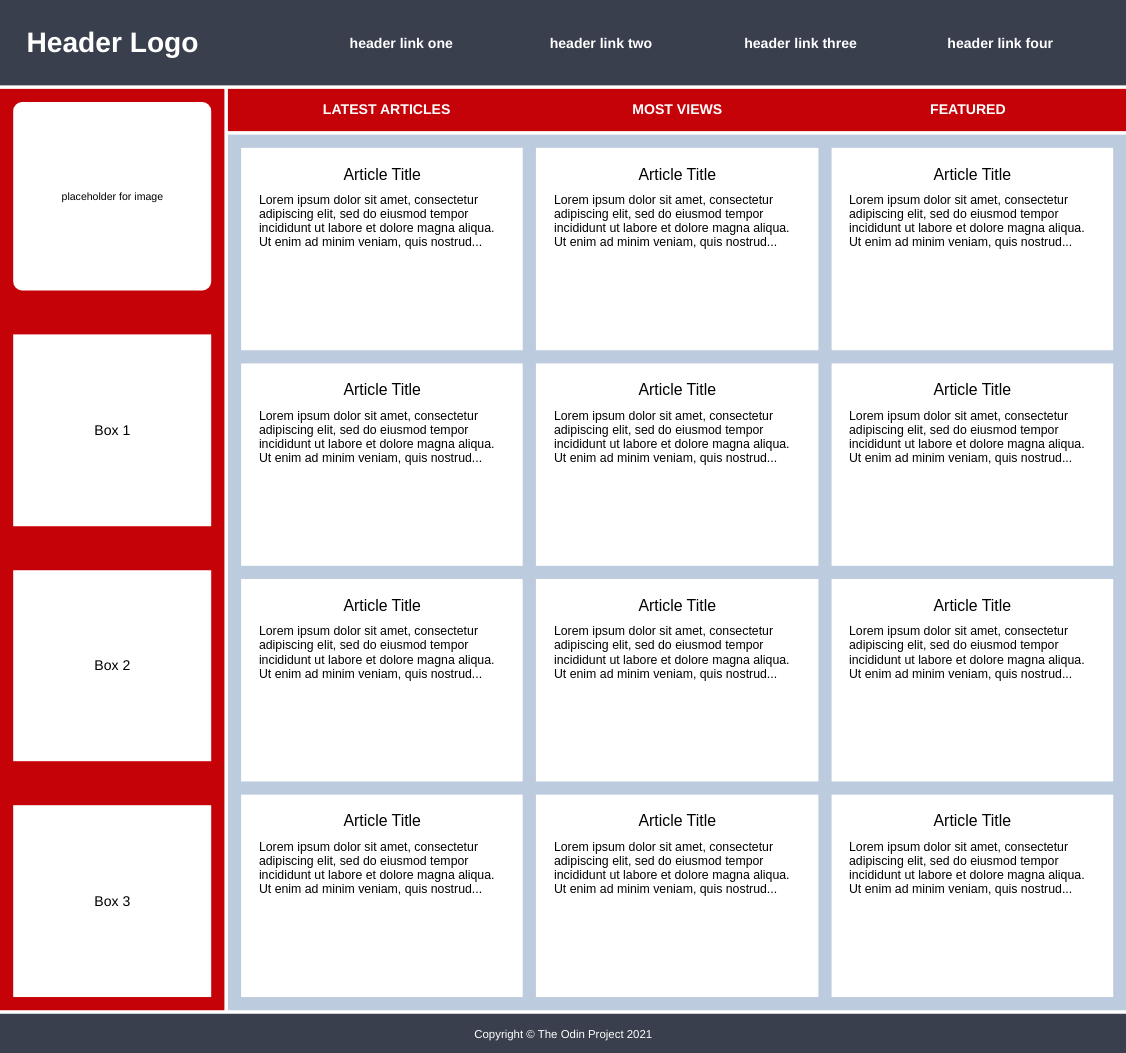
Repository: gkintu/css-exercises
Page: intermediate-html-css/advanced-grid/02-holy-grail-mockup/index.html
An editor plug-in stored every save of this project. The page is shown before and after the next save, followed by the edit.
The browser window is 1280 px wide. The pictures show the whole page, at 88% of full size.

Above is the page before, as saved 2025-03-04 11:44:05.

### intermediate-html-css/advanced-grid/02-holy-grail-mockup/index.html
<!DOCTYPE html>
<html lang="en">
  <head>
    <meta charset="UTF-8">
    <meta http-equiv="X-UA-Compatible" content="IE=edge">
    <meta name="viewport" content="width=device-width, initial-scale=1.0">
    <title>Holy Grail Mockup</title>
    <link rel="stylesheet" href="style.css">
  </head>
  <body>
    <div class="container">

      <div class="header">
        <div class="logo">Header Logo</div>
        <div class="menu">
          <ul>
            <li>header link one</li>
            <li>header link two</li>
            <li>header link three</li>
            <li>header link four</li>
          </ul>
        </div>
      </div>

      <div class="sidebar">
        <div class="photo">
          <p>placeholder for image</p>
        </div>
        <div class="side-content">Box 1
        </div>
        <div class="side-content">Box 2
        </div>
        <div class="side-content">Box 3
        </div>
      </div>

      <div class="nav">
        <ul>
          <li>Latest Articles</li>
          <li>Most Views</li>
          <li>Featured</li>
        </ul>
      </div>

      <div class="article">
        <div class="card">
          <p class="title">Article Title</p>
          <p>Lorem ipsum dolor sit amet, consectetur adipiscing elit, sed do eiusmod tempor incididunt ut labore et dolore magna aliqua. Ut enim ad minim veniam, quis nostrud...</p>
        </div>
        <div class="card">
          <p class="title">Article Title</p>
          <p>Lorem ipsum dolor sit amet, consectetur adipiscing elit, sed do eiusmod tempor incididunt ut labore et dolore magna aliqua. Ut enim ad minim veniam, quis nostrud...</p>
        </div>
        <div class="card">
          <p class="title">Article Title</p>
          <p>Lorem ipsum dolor sit amet, consectetur adipiscing elit, sed do eiusmod tempor incididunt ut labore et dolore magna aliqua. Ut enim ad minim veniam, quis nostrud...</p>
        </div>
        <div class="card">
          <p class="title">Article Title</p>
          <p>Lorem ipsum dolor sit amet, consectetur adipiscing elit, sed do eiusmod tempor incididunt ut labore et dolore magna aliqua. Ut enim ad minim veniam, quis nostrud...</p>
        </div>
        <div class="card">
          <p class="title">Article Title</p>
          <p>Lorem ipsum dolor sit amet, consectetur adipiscing elit, sed do eiusmod tempor incididunt ut labore et dolore magna aliqua. Ut enim ad minim veniam, quis nostrud...</p>
        </div>
        <div class="card">
          <p class="title">Article Title</p>
          <p>Lorem ipsum dolor sit amet, consectetur adipiscing elit, sed do eiusmod tempor incididunt ut labore et dolore magna aliqua. Ut enim ad minim veniam, quis nostrud...</p>
        </div>
        <div class="card">
          <p class="title">Article Title</p>
          <p>Lorem ipsum dolor sit amet, consectetur adipiscing elit, sed do eiusmod tempor incididunt ut labore et dolore magna aliqua. Ut enim ad minim veniam, quis nostrud...</p>
        </div>
        <div class="card">
          <p class="title">Article Title</p>
          <p>Lorem ipsum dolor sit amet, consectetur adipiscing elit, sed do eiusmod tempor incididunt ut labore et dolore magna aliqua. Ut enim ad minim veniam, quis nostrud...</p>
        </div>
        <div class="card">
          <p class="title">Article Title</p>
          <p>Lorem ipsum dolor sit amet, consectetur adipiscing elit, sed do eiusmod tempor incididunt ut labore et dolore magna aliqua. Ut enim ad minim veniam, quis nostrud...</p>
        </div>
        <div class="card">
          <p class="title">Article Title</p>
          <p>Lorem ipsum dolor sit amet, consectetur adipiscing elit, sed do eiusmod tempor incididunt ut labore et dolore magna aliqua. Ut enim ad minim veniam, quis nostrud...</p>
        </div>
        <div class="card">
          <p class="title">Article Title</p>
          <p>Lorem ipsum dolor sit amet, consectetur adipiscing elit, sed do eiusmod tempor incididunt ut labore et dolore magna aliqua. Ut enim ad minim veniam, quis nostrud...</p>
        </div>
        <div class="card">
          <p class="title">Article Title</p>
          <p>Lorem ipsum dolor sit amet, consectetur adipiscing elit, sed do eiusmod tempor incididunt ut labore et dolore magna aliqua. Ut enim ad minim veniam, quis nostrud...</p>
        </div>
      </div>

      <div class="footer">
        <p>Copyright © The Odin Project 2021</p>
      </div>

    </div>
  </body>
</html>

### intermediate-html-css/advanced-grid/02-holy-grail-mockup/style.css
* {
  margin: 0;
  padding: 0;
}

.container {
  display: grid;
  text-align: center;
  grid-template-columns: 1fr 4fr;
  gap: 4px;
}

.container div {
  padding: 15px;
  font-size: 32px;
  font-family: Helvetica;
  font-weight: bold;
  color: white;
}

.header {

  background-color: #393f4d;
  display: grid;
  grid-column: 1 / 3;
  grid-template-columns: 1fr 3fr;
  align-items: center;

}

.logo {
  justify-self: start;
}

.menu {
  grid-column: 2 / 3;

}

.menu ul {
  display: grid;
  list-style-type: none;
  grid-template-columns: repeat(4, 1fr);

}



.menu ul,
.menu li {
  font-size: 16px;
}

.sidebar {
  background-color: #C50208;
  display:grid;
  gap: 50px;

  grid-column: 1 / 2;
  grid-row: 2/4;
}

.photo,
.side-content {
  display:grid;
  align-items: center;
}

.sidebar .photo {
  background-color: white;
  color: black;
  font-size: 12px;
  font-weight: normal;
  border-radius: 10px;

}


.sidebar .side-content {
  background-color: white;
  color: black;
  font-size: 16px;
  font-weight: normal;
}

.nav {

  background-color: #C50208;
  grid-column: 2 / 3;
  grid-row: 2;
  align-self: start;
}

.nav ul {
  display:grid;
  grid-template-columns: repeat(3, 1fr);

}

.nav ul li {
  font-size: 16px;
  text-transform: uppercase;
  list-style-type: none;
}

.article {

  background-color: #bccbde;
  grid-column: 2 / 3;
  grid-row: 3;
  display:grid;
  grid-template-columns: repeat(auto-fit, minmax(250px, 1fr));
  gap: 15px;

}

.card {
  height: 200px;

}

.article p {
  font-size: 18px;
  font-family: sans-serif;
  color: white;
  text-align: left;
  padding:2px;
}

.article .card {
  background-color: #FFFFFF;
  color: black;
  text-align: center;
}

.card p {
  color: black;
  font-weight: normal;
  font-size: 14px;
  padding: 5px;
}

.card .title {
  font-size: 18px;
  text-align: center;
}

.footer {


  background-color: #393f4d;
  grid-column: 1 / 3;
  grid-row: 4;
}

.footer p {
  font-size: 13px;
  font-weight: normal;
}

After the next save:
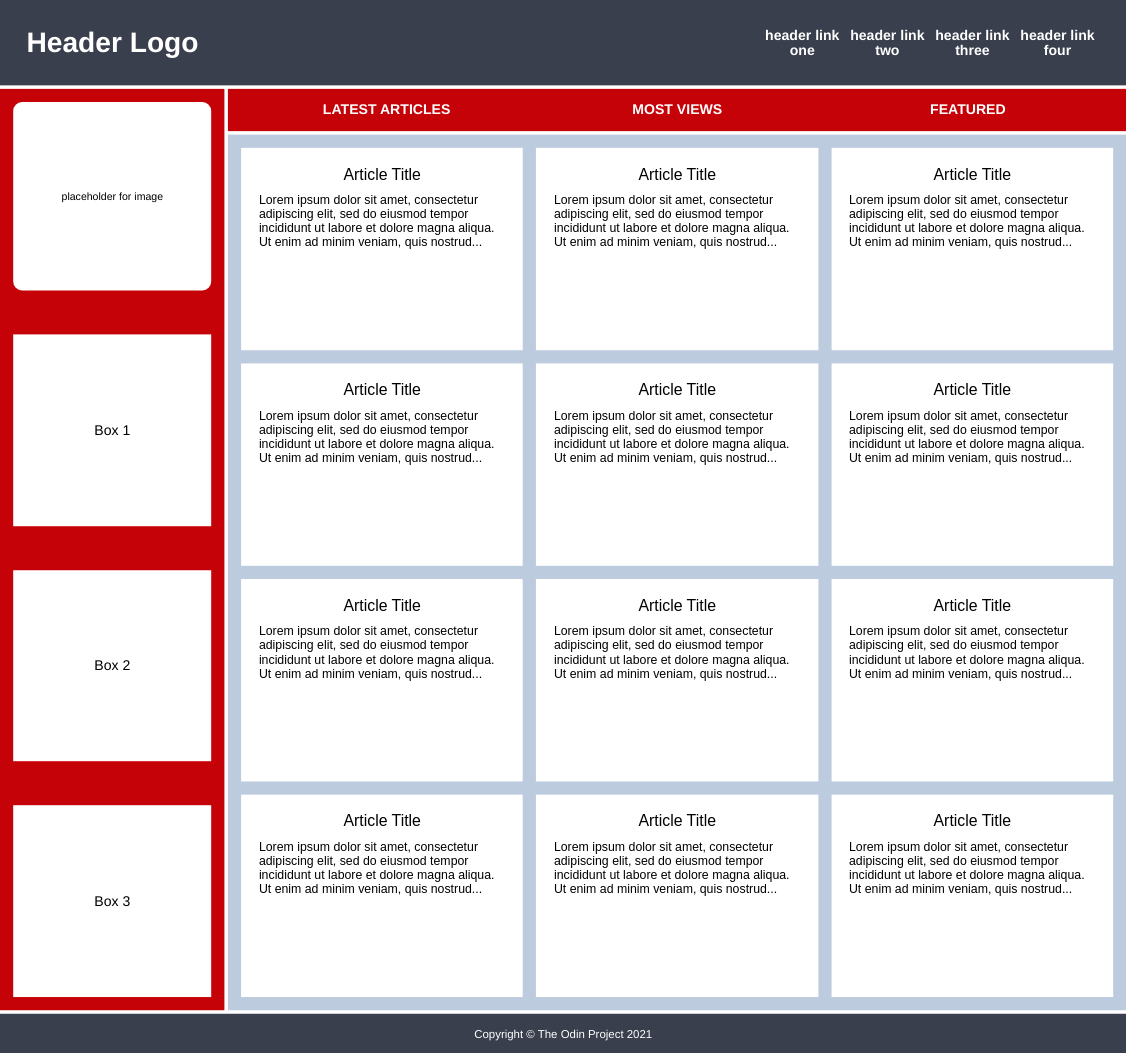
Saved 33 s later.
--- a/intermediate-html-css/advanced-grid/02-holy-grail-mockup/style.css
+++ b/intermediate-html-css/advanced-grid/02-holy-grail-mockup/style.css
@@ -23,7 +23,7 @@
   background-color: #393f4d;
   display: grid;
   grid-column: 1 / 3;
-  grid-template-columns: 1fr 3fr;
+  grid-template-columns: 2fr 1fr;
   align-items: center;
 
 }
